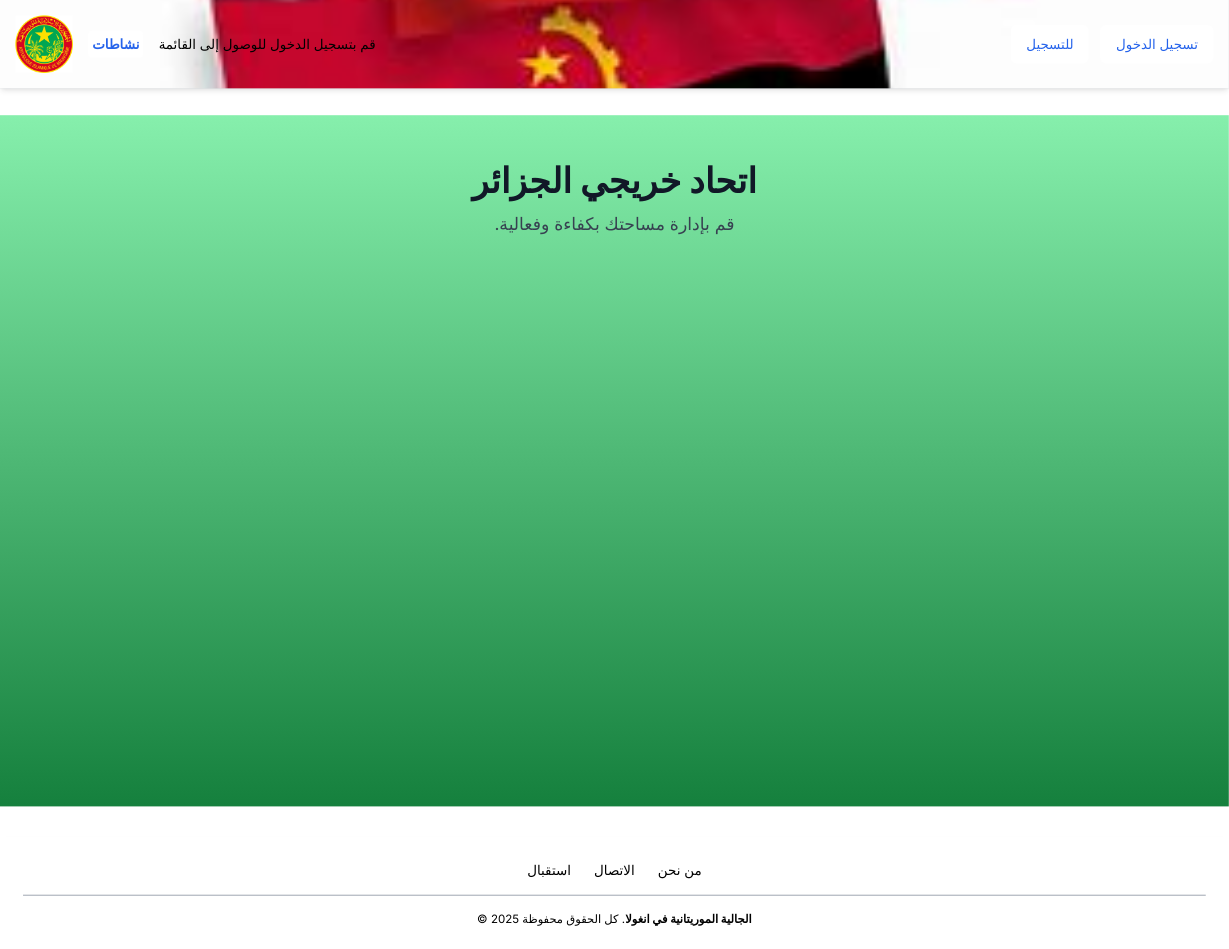
Repository: lamatmed/cmra
Page: /dashboard/espace-user
An editor plug-in stored every save of this project. The page is shown before and after the next save, followed by the edit.
The browser window is 1280 px wide. The pictures show the whole page, at 96% of full size.
The project was rebuilt for these pictures with package versions that can differ from the ones it lists, and the page was loaded fresh each time. The framework's server and built-in components were replaced by stand-ins that run in the browser. Also part of the build but not shown: next.config.js, components/ui/dropdown-menu.tsx, components/ui/card.tsx.

Above is the page before, as saved 2025-04-12 20:35:29.

### app/layout.tsx
import "./globals.css";
import type { Metadata } from "next";
import { Inter } from "next/font/google";
import { AuthProvider } from "@/components/AuthContext";
import NavBar from "@/components/NavBar";
import { Toaster } from "@/components/ui/toaster";
import Footer from "@/components/Footer";

const inter = Inter({ subsets: ["latin"] });

export const metadata: Metadata = {
  title: "الجالية الموريتانية في انغولا",
  description: "Application",
  icons: "/logo.png",
};

export default function RootLayout({
  children,
}: {
  children: React.ReactNode;
}) {
  return (
    <html lang="fr" className={inter.className} suppressHydrationWarning>
      <body className="flex flex-col min-h-screen">
        <AuthProvider>
          <NavBar />
          <main className="flex-grow mt-7">{children}</main>
          <Footer />
        </AuthProvider>
        <Toaster /> {/* Placer Toaster en dehors d'AuthProvider pour éviter sa réinitialisation */}
      </body>
    </html>
  );
}

### app/dashboard/espace-user/page.tsx
"use client";

import { motion } from "framer-motion";
import { Button } from "@/components/ui/button";
import {
  Card,
  CardContent,
  CardDescription,
  CardHeader,
  CardTitle,
} from "@/components/ui/card";
import { IdCard } from "lucide-react";
import Link from "next/link";
import { useContext } from "react";
import { AuthContext } from "@/components/AuthContext";
import { FaRegUser, FaVoteYea } from "react-icons/fa";

export default function Home() {
  const { user } = useContext(AuthContext) ?? {};

  return (
    <main
      className="min-h-screen bg-gradient-to-b from-green-300 to-green-700 dark:from-gray-900 dark:to-gray-800 flex flex-col"
      dir="rtl"
    >
      <div className="container mx-auto px-4 py-12 flex-1">
        <motion.div
          initial={{ opacity: 0, y: -20 }}
          animate={{ opacity: 1, y: 0 }}
          transition={{ duration: 0.6 }}
          className="text-center mb-12"
        >
          <h1 className="text-4xl font-bold text-gray-900 dark:text-white mb-3">
            اتحاد خريجي الجزائر
          </h1>
          <p className="text-lg text-gray-700 dark:text-gray-300">
            قم بإدارة مساحتك بكفاءة وفعالية.
          </p>
        </motion.div>

        {/* Grid Responsive */}
        <div className="grid grid-cols-1 sm:grid-cols-2 md:grid-cols-3 lg:grid-cols-4 gap-6">
          {user && (
            <>
              <motion.div whileHover={{ scale: 1.05 }}>
                <Card className="hover:shadow-lg transition-shadow">
                  <CardHeader>
                    <CardTitle className="flex items-center gap-2">
                      <FaRegUser className="h-6 w-6" />
                      تعديل الملف الشخصي
                    </CardTitle>
                    <CardDescription>إدارة معلوماتي الشخصية</CardDescription>
                  </CardHeader>
                  <CardContent>
                    <Button asChild className="w-full">
                      <Link href="/dashboard/espace-user/update">دخول</Link>
                    </Button>
                  </CardContent>
                </Card>
              </motion.div>

              <motion.div whileHover={{ scale: 1.05 }}>
                <Card className="hover:shadow-lg transition-shadow">
                  <CardHeader>
                    <CardTitle className="flex items-center gap-2">
                      <FaVoteYea className="h-6 w-6" />
                      انتخابات المكتب
                    </CardTitle>
                    <CardDescription>المشاركة في التصويت</CardDescription>
                  </CardHeader>
                  <CardContent>
                    <Button asChild className="w-full">
                      <Link href="/dashboard/espace-user/votes">دخول</Link>
                    </Button>
                  </CardContent>
                </Card>
              </motion.div>

              <motion.div whileHover={{ scale: 1.05 }}>
                <Card className="hover:shadow-lg transition-shadow">
                  <CardHeader>
                    <CardTitle className="flex items-center gap-2">
                      <IdCard className="h-6 w-6" />
                      بطاقة العضوية
                    </CardTitle>
                    <CardDescription>بطاقتك الخاصة كعضو</CardDescription>
                  </CardHeader>
                  <CardContent>
                    <Button asChild className="w-full">
                      <Link href="/dashboard/espace-user/carte">دخول</Link>
                    </Button>
                  </CardContent>
                </Card>
              </motion.div>
            </>
          )}
        </div>
      </div>
    </main>
  );
}

### components/AuthContext.tsx
"use client";

import { createContext, useState, useEffect, useCallback } from "react";

interface User {
  nni: string;
  id: string;
  name: string;
  role: string;
  photo: string| undefined;
  address: string| undefined;
  job:  string| undefined;
  domain : string| undefined;
  cv: string| undefined
}

interface AuthContextType {
  user: User | null;
  isAuthenticated: boolean;
  login: (token: string) => void;
  logout: () => void;
}

export const AuthContext = createContext<AuthContextType | null>(null);

export function AuthProvider({ children }: { children: React.ReactNode }) {
  const [user, setUser] = useState<User | null>(null);
  const [isAuthenticated, setIsAuthenticated] = useState(false);

  // ✅ `fetchUser` est maintenant stable grâce à `useCallback`
  const fetchUser = useCallback((token: string) => {
    console.log("🔍 Envoi du token pour récupération de l'utilisateur...");

    fetch("/api/me", {
      headers: { Authorization: `Bearer ${token}` },
    })
      .then((res) => res.json())
      .then((data) => {
        console.log("🔍 Réponse API:", data);
        if (data.user) {
          setUser(data.user);
          setIsAuthenticated(true);
        } else {
          throw new Error("Utilisateur non trouvé");
        }
      })
      .catch((error) => {
        console.log("❌ Erreur lors de la récupération de l'utilisateur:", error);
        logout(); // Un seul appel ici
      });
  }, []);


  useEffect(() => {
    const token = localStorage.getItem("token");
    if (token) {
      fetchUser(token); // ✅ Plus de warning
    }
  }, [fetchUser]); // ✅ fetchUser est maintenant stable

  function login(token: string) {
    console.log("✅ Connexion réussie, stockage du token...");
    localStorage.setItem("token", token);
    fetchUser(token);
  }

  function logout() {
    console.log("🚪 Déconnexion, suppression du token...");
    localStorage.removeItem("token");
    setUser(null);
    setIsAuthenticated(false);
  }

  return (
    <AuthContext.Provider value={{ user, isAuthenticated, login, logout }}>
      {children}
    </AuthContext.Provider>
  );
}

### components/ui/toaster.tsx
'use client';

import { useToast } from '@/hooks/use-toast';
import {
  Toast,
  ToastClose,
  ToastDescription,
  ToastProvider,
  ToastTitle,
  ToastViewport,
} from '@/components/ui/toast';

export function Toaster() {
  const { toasts } = useToast();

  return (
    <ToastProvider>
      {toasts.map(function ({ id, title, description, action, ...props }) {
        return (
          <Toast key={id} {...props}>
            <div className="grid gap-1">
              {title && <ToastTitle>{title}</ToastTitle>}
              {description && (
                <ToastDescription>{description}</ToastDescription>
              )}
            </div>
            {action}
            <ToastClose />
          </Toast>
        );
      })}
      <ToastViewport />
    </ToastProvider>
  );
}

### components/Footer.tsx
"use client";

import Link from "next/link";
import { motion } from "framer-motion";

const Footer = () => {
  return (
    <motion.footer
      initial={{ opacity: 0, y: 20 }}
      animate={{ opacity: 1, y: 0 }}
      transition={{ duration: 0.6 }}
      className="w-full py-6 bg-gradient-to-r from-gray-900 to-gray-700 text-white shadow-md mt-8"
      style={{
        backgroundImage: "url('/')", // Remplace par ton image
        backgroundSize: "cover",
        backgroundPosition: "center",
      }}
    >
      <div className="container mx-auto px-6 max-w-7xl text-center">
        {/* Liens rapides */}
        <nav className="mb-4 flex justify-center space-x-6 bg-white text-black">
          <Link href="/" className="text-sm hover:bg-blue-400 transition ">
            استقبال
          </Link>
          <Link
            href="/contact"
            className="text-sm hover:text-blue-900transition hover:bg-blue-400 "
          >
            الاتصال
          </Link>
          <Link
            href="/about"
            className="text-sm hover:bg-blue-400 transition"
          >
            من نحن
          </Link>
        </nav>

        {/* Copyright */}
        <div className="border-t border-gray-400 pt-4 text-center px-2 sm:px-4">
          <p className="text-[10px] sm:text-xs text-black whitespace-nowrap bg-white">
            © {new Date().getFullYear()}{" "}
            <span className="font-bold">الجالية الموريتانية في انغولا</span>
            . كل الحقوق محفوظة
          </p>
        </div>
      </div>
    </motion.footer>
  );
};

export default Footer;

### components/ui/button.tsx
import * as React from 'react';
import { Slot } from '@radix-ui/react-slot';
import { cva, type VariantProps } from 'class-variance-authority';

import { cn } from '@/lib/utils';

const buttonVariants = cva(
  'inline-flex items-center justify-center whitespace-nowrap rounded-md text-sm font-medium ring-offset-background transition-colors focus-visible:outline-none focus-visible:ring-2 focus-visible:ring-ring focus-visible:ring-offset-2 disabled:pointer-events-none disabled:opacity-50',
  {
    variants: {
      variant: {
        default: 'bg-primary text-primary-foreground hover:bg-primary/90',
        destructive:
          'bg-destructive text-destructive-foreground hover:bg-destructive/90',
        outline:
          'border border-input bg-background hover:bg-accent hover:text-accent-foreground',
        secondary:
          'bg-secondary text-secondary-foreground hover:bg-secondary/80',
        ghost: 'hover:bg-accent hover:text-accent-foreground',
        link: 'text-primary underline-offset-4 hover:underline',
      },
      size: {
        default: 'h-10 px-4 py-2',
        sm: 'h-9 rounded-md px-3',
        lg: 'h-11 rounded-md px-8',
        icon: 'h-10 w-10',
      },
    },
    defaultVariants: {
      variant: 'default',
      size: 'default',
    },
  }
);

export interface ButtonProps
  extends React.ButtonHTMLAttributes<HTMLButtonElement>,
    VariantProps<typeof buttonVariants> {
  asChild?: boolean;
}

const Button = React.forwardRef<HTMLButtonElement, ButtonProps>(
  ({ className, variant, size, asChild = false, ...props }, ref) => {
    const Comp = asChild ? Slot : 'button';
    return (
      <Comp
        className={cn(buttonVariants({ variant, size, className }))}
        ref={ref}
        {...props}
      />
    );
  }
);
Button.displayName = 'Button';

export { Button, buttonVariants };

### components/main-nav.tsx
"use client"

import Link from "next/link"
import { usePathname } from "next/navigation"
import { useContext } from "react"
import { AuthContext } from "@/components/AuthContext"
import { cn } from "@/lib/utils"
import {
  Users,
  Clipboard,
  ComputerIcon ,
  LayoutDashboard
} from "lucide-react"

type NavigationItem = {
  name: string;
  href: string;
  icon: React.ComponentType<any>;
}

type Navigation = {
  ADMIN: NavigationItem[];
  USER: NavigationItem[];

}

const navigation: Navigation = {
  ADMIN: [
    { name: "لوحه القياده", href: "/dashboard", icon: LayoutDashboard },

    { name: "مساحتي", href: "/dashboard/espace-user", icon: ComputerIcon},
    { name: "اعضاء", href: "/dashboard/users", icon: Users },
    { name: "انتخاب", href: "/dashboard/config-vote", icon: Clipboard },
  ],
  USER: [
    { name: "لوحه القياده", href: "/dashboard", icon: LayoutDashboard },
    { name: "مساحتي", href: "/dashboard/espace-user", icon: Users },

  ],

}

export function MainNav() {
  const pathname = usePathname()
  const { user, isAuthenticated } = useContext(AuthContext)!;

  // Vérifier le rôle de l'utilisateur
  const userRole = user?.role || "USER";
  const allowedNavigation = navigation[userRole as keyof Navigation] || navigation.USER;

  return (
    <nav className="flex flex-col md:flex-row items-center md:space-x-6 space-y-2 md:space-y-0">
      {isAuthenticated && user ? (
        allowedNavigation.map((item) => {
          const Icon = item.icon
          const isActive = pathname === item.href

          return (
            <Link
              key={item.href}
              href={item.href}
              className={cn(
                "flex items-center text-sm font-medium transition-colors duration-200 px-4 py-2 rounded-lg w-full md:w-auto",
                isActive
                  ? "text-blue-600 bg-gray-100 md:border-b-2 border-blue-600"
                  : "text-gray-700 bg-white hover:text-blue-500 hover:bg-gray-100"
              )}
            >
              <Icon className="mr-2 h-5 w-5" />
              {item.name}
            </Link>
          )
        })
      ) : (
          <span className="text-black text-sm">قم بتسجيل الدخول للوصول إلى القائمة</span>
      )}
    </nav>
  )
}

### hooks/use-toast.ts
'use client';

import { ToastActionElement, ToastProps } from '@/components/ui/toast';
// Inspired by react-hot-toast library
import * as React from 'react';



const TOAST_LIMIT = 1;
const TOAST_REMOVE_DELAY = 1000000;

type ToasterToast = ToastProps& {
  id: string;
  title?: React.ReactNode;
  description?: React.ReactNode;
  action?: ToastActionElement;
};

const actionTypes = {
  ADD_TOAST: 'ADD_TOAST',
  UPDATE_TOAST: 'UPDATE_TOAST',
  DISMISS_TOAST: 'DISMISS_TOAST',
  REMOVE_TOAST: 'REMOVE_TOAST',
} as const;

let count = 0;

function genId() {
  count = (count + 1) % Number.MAX_SAFE_INTEGER;
  return count.toString();
}

type ActionType = typeof actionTypes;

type Action =
  | {
      type: ActionType['ADD_TOAST'];
      toast: ToasterToast;
    }
  | {
      type: ActionType['UPDATE_TOAST'];
      toast: Partial<ToasterToast>;
    }
  | {
      type: ActionType['DISMISS_TOAST'];
      toastId?: ToasterToast['id'];
    }
  | {
      type: ActionType['REMOVE_TOAST'];
      toastId?: ToasterToast['id'];
    };

interface State {
  toasts: ToasterToast[];
}

const toastTimeouts = new Map<string, ReturnType<typeof setTimeout>>();

const addToRemoveQueue = (toastId: string) => {
  if (toastTimeouts.has(toastId)) {
    return;
  }

  const timeout = setTimeout(() => {
    toastTimeouts.delete(toastId);
    dispatch({
      type: 'REMOVE_TOAST',
      toastId: toastId,
    });
  }, TOAST_REMOVE_DELAY);

  toastTimeouts.set(toastId, timeout);
};

export const reducer = (state: State, action: Action): State => {
  switch (action.type) {
    case 'ADD_TOAST':
      return {
        ...state,
        toasts: [action.toast, ...state.toasts].slice(0, TOAST_LIMIT),
      };

    case 'UPDATE_TOAST':
      return {
        ...state,
        toasts: state.toasts.map((t) =>
          t.id === action.toast.id ? { ...t, ...action.toast } : t
        ),
      };

    case 'DISMISS_TOAST': {
      const { toastId } = action;

      // ! Side effects ! - This could be extracted into a dismissToast() action,
      // but I'll keep it here for simplicity
      if (toastId) {
        addToRemoveQueue(toastId);
      } else {
        state.toasts.forEach((toast) => {
          addToRemoveQueue(toast.id);
        });
      }

      return {
        ...state,
        toasts: state.toasts.map((t) =>
          t.id === toastId || toastId === undefined
            ? {
                ...t,
                open: false,
              }
            : t
        ),
      };
    }
    case 'REMOVE_TOAST':
      if (action.toastId === undefined) {
        return {
          ...state,
          toasts: [],
        };
      }
      return {
        ...state,
        toasts: state.toasts.filter((t) => t.id !== action.toastId),
      };
  }
};

const listeners: Array<(state: State) => void> = [];

let memoryState: State = { toasts: [] };

function dispatch(action: Action) {
  memoryState = reducer(memoryState, action);
  listeners.forEach((listener) => {
    listener(memoryState);
  });
}

type Toast = Omit<ToasterToast, 'id'>;

function toast({ ...props }: Toast) {
  const id = genId();

  const update = (props: ToasterToast) =>
    dispatch({
      type: 'UPDATE_TOAST',
      toast: { ...props, id },
    });
  const dismiss = () => dispatch({ type: 'DISMISS_TOAST', toastId: id });

  dispatch({
    type: 'ADD_TOAST',
    toast: {
      ...props,
      id,
      open: true,
      onOpenChange: (open) => {
        if (!open) dismiss();
      },
    },
  });

  return {
    id: id,
    dismiss,
    update,
  };
}

function useToast() {
  const [state, setState] = React.useState<State>(memoryState);

  React.useEffect(() => {
    listeners.push(setState);
    return () => {
      const index = listeners.indexOf(setState);
      if (index > -1) {
        listeners.splice(index, 1);
      }
    };
  }, [state]);

  return {
    ...state,
    toast,
    dismiss: (toastId?: string) => dispatch({ type: 'DISMISS_TOAST', toastId }),
  };
}

export { useToast, toast };

### components/ui/toast.tsx
'use client';

import * as React from 'react';
import * as ToastPrimitives from '@radix-ui/react-toast';
import { cva, type VariantProps } from 'class-variance-authority';
import { X } from 'lucide-react';

import { cn } from '@/lib/utils';

const ToastProvider = ToastPrimitives.Provider;

const ToastViewport = React.forwardRef<
  React.ElementRef<typeof ToastPrimitives.Viewport>,
  React.ComponentPropsWithoutRef<typeof ToastPrimitives.Viewport>
>(({ className, ...props }, ref) => (
  <ToastPrimitives.Viewport
    ref={ref}
    className={cn(
      'fixed top-0 z-[100] flex max-h-screen w-full flex-col-reverse p-4 sm:bottom-0 sm:right-0 sm:top-auto sm:flex-col md:max-w-[420px]',
      className
    )}
    {...props}
  />
));
ToastViewport.displayName = ToastPrimitives.Viewport.displayName;

const toastVariants = cva(
  'group pointer-events-auto relative flex w-full items-center justify-between space-x-4 overflow-hidden rounded-md border p-6 pr-8 shadow-lg transition-all data-[swipe=cancel]:translate-x-0 data-[swipe=end]:translate-x-[var(--radix-toast-swipe-end-x)] data-[swipe=move]:translate-x-[var(--radix-toast-swipe-move-x)] data-[swipe=move]:transition-none data-[state=open]:animate-in data-[state=closed]:animate-out data-[swipe=end]:animate-out data-[state=closed]:fade-out-80 data-[state=closed]:slide-out-to-right-full data-[state=open]:slide-in-from-top-full data-[state=open]:sm:slide-in-from-bottom-full',
  {
    variants: {
      variant: {
        default: 'border bg-background text-foreground',
        destructive:
          'destructive group border-destructive bg-destructive text-destructive-foreground',
      },
    },
    defaultVariants: {
      variant: 'default',
    },
  }
);

const Toast = React.forwardRef<
  React.ElementRef<typeof ToastPrimitives.Root>,
  React.ComponentPropsWithoutRef<typeof ToastPrimitives.Root> &
    VariantProps<typeof toastVariants>
>(({ className, variant, ...props }, ref) => {
  return (
    <ToastPrimitives.Root
      ref={ref}
      className={cn(toastVariants({ variant }), className)}
      {...props}
    />
  );
});
Toast.displayName = ToastPrimitives.Root.displayName;

const ToastAction = React.forwardRef<
  React.ElementRef<typeof ToastPrimitives.Action>,
  React.ComponentPropsWithoutRef<typeof ToastPrimitives.Action>
>(({ className, ...props }, ref) => (
  <ToastPrimitives.Action
    ref={ref}
    className={cn(
      'inline-flex h-8 shrink-0 items-center justify-center rounded-md border bg-transparent px-3 text-sm font-medium ring-offset-background transition-colors hover:bg-secondary focus:outline-none focus:ring-2 focus:ring-ring focus:ring-offset-2 disabled:pointer-events-none disabled:opacity-50 group-[.destructive]:border-muted/40 group-[.destructive]:hover:border-destructive/30 group-[.destructive]:hover:bg-destructive group-[.destructive]:hover:text-destructive-foreground group-[.destructive]:focus:ring-destructive',
      className
    )}
    {...props}
  />
));
ToastAction.displayName = ToastPrimitives.Action.displayName;

const ToastClose = React.forwardRef<
  React.ElementRef<typeof ToastPrimitives.Close>,
  React.ComponentPropsWithoutRef<typeof ToastPrimitives.Close>
>(({ className, ...props }, ref) => (
  <ToastPrimitives.Close
    ref={ref}
    className={cn(
      'absolute right-2 top-2 rounded-md p-1 text-foreground/50 opacity-0 transition-opacity hover:text-foreground focus:opacity-100 focus:outline-none focus:ring-2 group-hover:opacity-100 group-[.destructive]:text-red-300 group-[.destructive]:hover:text-red-50 group-[.destructive]:focus:ring-red-400 group-[.destructive]:focus:ring-offset-red-600',
      className
    )}
    toast-close=""
    {...props}
  >
    <X className="h-4 w-4" />
  </ToastPrimitives.Close>
));
ToastClose.displayName = ToastPrimitives.Close.displayName;

const ToastTitle = React.forwardRef<
  React.ElementRef<typeof ToastPrimitives.Title>,
  React.ComponentPropsWithoutRef<typeof ToastPrimitives.Title>
>(({ className, ...props }, ref) => (
  <ToastPrimitives.Title
    ref={ref}
    className={cn('text-sm font-semibold', className)}
    {...props}
  />
));
ToastTitle.displayName = ToastPrimitives.Title.displayName;

const ToastDescription = React.forwardRef<
  React.ElementRef<typeof ToastPrimitives.Description>,
  React.ComponentPropsWithoutRef<typeof ToastPrimitives.Description>
>(({ className, ...props }, ref) => (
  <ToastPrimitives.Description
    ref={ref}
    className={cn('text-sm opacity-90', className)}
    {...props}
  />
));
ToastDescription.displayName = ToastPrimitives.Description.displayName;

type ToastProps = React.ComponentPropsWithoutRef<typeof Toast>;

type ToastActionElement = React.ReactElement<typeof ToastAction>;

export {
  type ToastProps,
  type ToastActionElement,
  ToastProvider,
  ToastViewport,
  Toast,
  ToastTitle,
  ToastDescription,
  ToastClose,
  ToastAction,
};

Loaded but not shown: app/globals.css (common file); lib/utils.ts (common file); tailwind.config.ts (common file); components/NavBar.tsx (166 lines, source omitted)

After the next save:
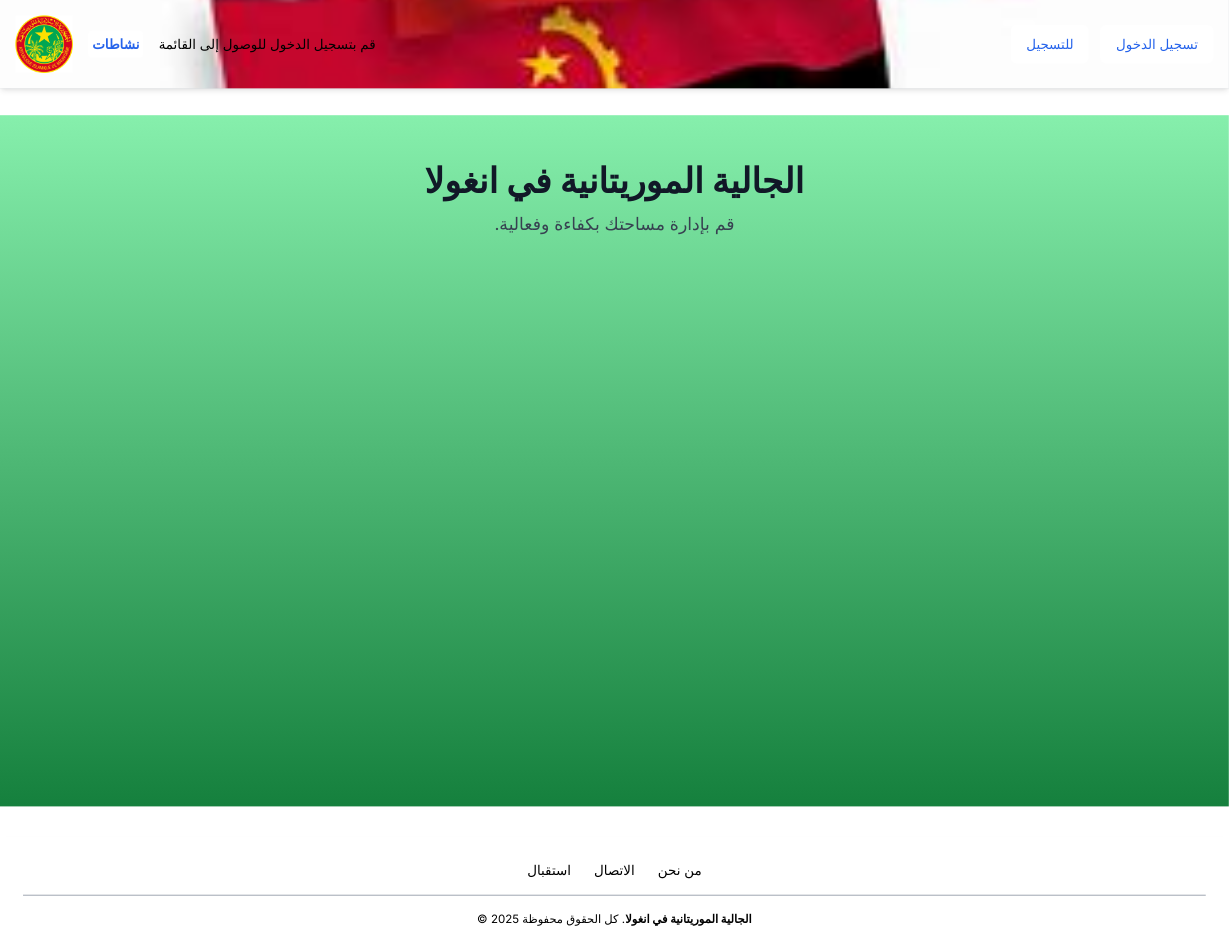
Saved 51 s later.
--- a/app/dashboard/espace-user/page.tsx
+++ b/app/dashboard/espace-user/page.tsx
@@ -31,8 +31,7 @@
           className="text-center mb-12"
         >
           <h1 className="text-4xl font-bold text-gray-900 dark:text-white mb-3">
-            اتحاد خريجي الجزائر
-          </h1>
+الجالية الموريتانية في انغولا          </h1>
           <p className="text-lg text-gray-700 dark:text-gray-300">
             قم بإدارة مساحتك بكفاءة وفعالية.
           </p>
